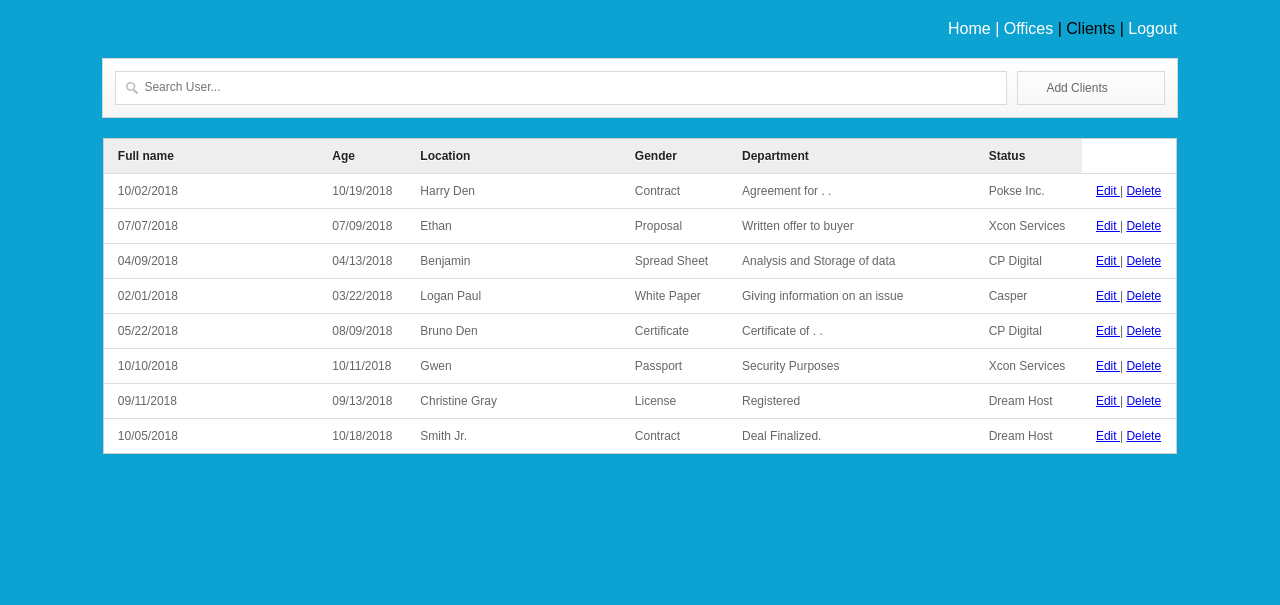
Repository: MrSyntax31/recordmanagement
Page: http://localhost/main/clients.php
An editor plug-in stored every save of this project. The page is shown before and after the next save, followed by the edit.
The browser window is 1280 px wide. The pictures show the whole page.
The page is run by PHP 8.4 with error messages shown; the project is at /var/www/html/. The database holds what the project's SQL file puts in it.

Above is the page before, as saved 2022-03-03 14:42:30.

### main/clients.php
<style>
body {
	background: #0ca3d2;
}
table { border-collapse: separate; background-color: #FFFFFF; border-spacing: 0; width: 85%; color: #666666; text-shadow: 0 1px 0 #FFFFFF; border: 1px solid #CCCCCC; box-shadow: 0; margin: 0 auto;font-family: arial; }
table thead tr th { background: none repeat scroll 0 0 #EEEEEE; color: #222222; padding: 10px 14px; text-align: left; border-top: 0 none; font-size: 12px; }
table tbody tr td{
    background-color: #FFFFFF;
	font-size: 12px;
    text-align: left;
	padding: 10px 14px;
	border-top: 1px solid #DDDDDD;
}
#log {
	width: 85%;
	text-align: right;
	margin: 20px auto;
	font-family: arial;
}
#log a {
	color: #FFFFFF;
	text-decoration: none;
	font-family: arial;
}
#formdesign {
	background: linear-gradient(to bottom, #FFFFFF 0%, #F6F6F6 100%) repeat scroll 0 0 rgba(0, 0, 0, 0);
    border: 1px solid #D5D5D5;
    padding: 12px;
    position: relative;
	margin: 20px auto;
	width: 83%;
	clear: both;
	height: 34px;
}
#filter {
	-moz-box-sizing: border-box;
    background: url("img/big_search.png") no-repeat scroll 10px 10px #FFFFFF;
    box-shadow: none;
    display: block;
    font-size: 12px;
    height: 34px;
    padding: 9px 140px 9px 28px;display: block;
    font-size: 12px;
    height: 34px;
    padding: 9px 140px 9px 28px;
    width: 85%;
	border: 1px solid #DADADA;
    transition: border 0.2s linear 0s, box-shadow 0.2s linear 0s;
	padding-top: 6px;
	float: left;
}
#add {
	float: right;
	width: 8.5%;
	display: block;
    font-size: 12px;
    height: 14px;
    padding: 9px 28px 9px 28px;
	border: 1px solid #DADADA;
}
a#add {
	text-decoration: none;
	color: #666666;
	font-family: arial;
	font-size: 12px;
}

</style>
<script src="argiepolicarpio.js" type="text/javascript" charset="utf-8"></script>
<script src="js/application.js" type="text/javascript" charset="utf-8"></script>
<!--sa poip up-->
<link href="src/facebox.css" media="screen" rel="stylesheet" type="text/css" />
   <script src="lib/jquery.js" type="text/javascript"></script>
  <script src="src/facebox.js" type="text/javascript"></script>
  <script type="text/javascript">
    jQuery(document).ready(function($) {
      $('a[rel*=facebox]').facebox({
        loadingImage : 'src/loading.gif',
        closeImage   : 'src/closelabel.png'
      })
    })
  </script>
<div id="log"> <a href="index.php">Home | <a href="offices.php">Offices</a> | Clients |  <a href="../index.php">Logout</a>
</div>
<div id="formdesign">
<input type="text" name="filter" value="" id="filter" placeholder="Search User..." autocomplete="off" />
<a rel="facebox" href="add.php" id="add">Add Clients</a>
</div>
<table cellspacing="0" cellpadding="2" id="resultTable">
<thead>
	<tr>
		<th width="20%"> Full name</th>
		<th width="7%"> Age</th>
		<th width="20%"> Location </th>
		<th width="10%"> Gender </th>
		<th width="23%"> Department </th>
		<th width="10%">  Status </th>
	</tr>
</thead>
<tbody>
	<?php
		include('connect.php');
		$result = $db->prepare("SELECT * FROM transaction ORDER BY id DESC");
		$result->execute();
		for($i=0; $row = $result->fetch(); $i++){
	?>
	<tr class="record">
		<td><?php echo $row['date']; ?></td>
		<td><?php echo $row['dateout']; ?></td>
		<td><?php echo $row['receive_by']; ?></td>
		<td><?php echo $row['doc_type']; ?></td>
		<td><?php echo $row['description']; ?></td>
		<td><?php echo $row['office']; ?></td>
		<td><a rel="facebox" href="editform.php?id=<?php echo $row['id']; ?>"> Edit </a> | <a href="#" id="<?php echo $row['id']; ?>" class="delbutton" title="Click To Delete">Delete</a></td>
	</tr>
	<?php
		}
	?>
</tbody>
</table>
<script src="js/jquery.js"></script>
  <script type="text/javascript">
$(function() {


$(".delbutton").click(function(){

//Save the link in a variable called element
var element = $(this);

//Find the id of the link that was clicked
var del_id = element.attr("id");

//Built a url to send
var info = 'id=' + del_id;
 if(confirm("Sure you want to delete this update? There is NO undo!"))
		  {

 $.ajax({
   type: "GET",
   url: "delete.php",
   data: info,
   success: function(){

   }
 });
         $(this).parents(".record").animate({ backgroundColor: "#fbc7c7" }, "fast")
		.animate({ opacity: "hide" }, "slow");

 }

return false;

});

});
</script>

### main/connect.php
<?php
/* Database config */
$db_host		= 'localhost';
$db_user		= 'root';
$db_pass		= '';
$db_database	= 'record';

/* End config */

$db = new PDO('mysql:host='.$db_host.';dbname='.$db_database, $db_user, $db_pass);
$db->setAttribute(PDO::ATTR_ERRMODE, PDO::ERRMODE_EXCEPTION);

?>

### main/js/application.js
$(document).ready(function() {
	zebraRows('tr:odd td', 'odd');

	$('tbody tr').hover(function(){
	  $(this).find('td').addClass('hovered');
	}, function(){
	  $(this).find('td').removeClass('hovered');
	});

	//default each row to visible
	$('tbody tr').addClass('visible');

	//overrides CSS display:none property
	//so only users w/ JS will see the
	//filter box
	$('#search').show();

	$('#filter').keyup(function(event) {
		//if esc is pressed or nothing is entered
    if (event.keyCode == 27 || $(this).val() == '') {
			//if esc is pressed we want to clear the value of search box
			$(this).val('');

			//we want each row to be visible because if nothing
			//is entered then all rows are matched.
      $('tbody tr').removeClass('visible').show().addClass('visible');
    }

		//if there is text, lets filter
		else {
      filter('tbody tr', $(this).val());
    }

		//reapply zebra rows
		$('.visible td').removeClass('odd');
		zebraRows('.visible:even td', 'odd');
	});

	//grab all header rows
	$('thead th').each(function(column) {
		$(this).addClass('sortable')
					.click(function(){
						var findSortKey = function($cell) {
							return $cell.find('.sort-key').text().toUpperCase() + ' ' + $cell.text().toUpperCase();
						};

						var sortDirection = $(this).is('.sorted-asc') ? -1 : 1;

						//step back up the tree and get the rows with data
						//for sorting
						var $rows		= $(this).parent()
																.parent()
																.parent()
																.find('tbody tr')
																.get();

						//loop through all the rows and find
						$.each($rows, function(index, row) {
							row.sortKey = findSortKey($(row).children('td').eq(column));
						});

						//compare and sort the rows alphabetically
						$rows.sort(function(a, b) {
							if (a.sortKey < b.sortKey) return -sortDirection;
							if (a.sortKey > b.sortKey) return sortDirection;
							return 0;
						});

						//add the rows in the correct order to the bottom of the table
						$.each($rows, function(index, row) {
							$('tbody').append(row);
							row.sortKey = null;
						});

						//identify the column sort order
						$('th').removeClass('sorted-asc sorted-desc');
						var $sortHead = $('th').filter(':nth-child(' + (column + 1) + ')');
						sortDirection == 1 ? $sortHead.addClass('sorted-asc') : $sortHead.addClass('sorted-desc');

						//identify the column to be sorted by
						$('td').removeClass('sorted')
									.filter(':nth-child(' + (column + 1) + ')')
									.addClass('sorted');

						$('.visible td').removeClass('odd');
						zebraRows('.visible:even td', 'odd');
					});
	});
});


//used to apply alternating row styles
function zebraRows(selector, className)
{
	$(selector).removeClass(className)
							.addClass(className);
}

//filter results based on query
function filter(selector, query) {
	query	=	$.trim(query); //trim white space
  query = query.replace(/ /gi, '|'); //add OR for regex

  $(selector).each(function() {
    ($(this).text().search(new RegExp(query, "i")) < 0) ? $(this).hide().removeClass('visible') : $(this).show().addClass('visible');
  });
}

### main/src/facebox.css
#facebox {
  position: absolute;
  top: 0;
  left: 0;
  z-index: 100;
  text-align: left;
}


#facebox .popup{
  position:relative;
  border:3px solid rgba(0,0,0,0);
  -webkit-border-radius:5px;
  -moz-border-radius:5px;
  border-radius:5px;
  -webkit-box-shadow:0 0 18px rgba(0,0,0,0.4);
  -moz-box-shadow:0 0 18px rgba(0,0,0,0.4);
  box-shadow:0 0 18px rgba(0,0,0,0.4);
}

#facebox .content {
  display:table;
  width: 280px;
  padding: 10px;
  background: #fff;
  -webkit-border-radius:4px;
  -moz-border-radius:4px;
  border-radius:4px;
}

#facebox .content > p:first-child{
  margin-top:0;
}
#facebox .content > p:last-child{
  margin-bottom:0;
}

#facebox .close{
  position:absolute;
  top:5px;
  right:5px;
  padding:2px;
  background:#fff;
}
#facebox .close img{
  opacity:0.3;
}
#facebox .close:hover img{
  opacity:1.0;
}

#facebox .loading {
  text-align: center;
}

#facebox .image {
  text-align: center;
}

#facebox img {
  border: 0;
  margin: 0;
}

#facebox_overlay {
  position: fixed;
  top: 0px;
  left: 0px;
  height:100%;
  width:100%;
}

.facebox_hide {
  z-index:-100;
}

.facebox_overlayBG {
  background-color: #000;
  z-index: 99;
}

.hoverbox
{
	cursor: default;
	list-style: none;
}

.hoverbox a
{
	cursor:pointer;
}


.hoverbox img
{
	background: #fff;
	border-color: #aaa #ccc #ddd #bbb;
	border-style: solid;
	border-width: 1px;
	color: inherit;
	padding: 2px;
	vertical-align: top;
	width: 115px;
	height: 70px;
	margin-bottom:5px;
}

### main/src/facebox.js
/*
 * Facebox (for jQuery)
 * version: 1.2 (05/05/2008)
 * @requires jQuery v1.2 or later
 *
 * Examples at http://famspam.com/facebox/
 *
 * Licensed under the MIT:
 *   http://www.opensource.org/licenses/mit-license.php
 *
 * Copyright 2007, 2008 Chris Wanstrath [ chris@ozmm.org ]
 *
 * Usage:
 *
 *  jQuery(document).ready(function() {
 *    jQuery('a[rel*=facebox]').facebox()
 *  })
 *
 *  <a href="#terms" rel="facebox">Terms</a>
 *    Loads the #terms div in the box
 *
 *  <a href="terms.html" rel="facebox">Terms</a>
 *    Loads the terms.html page in the box
 *
 *  <a href="terms.png" rel="facebox">Terms</a>
 *    Loads the terms.png image in the box
 *
 *
 *  You can also use it programmatically:
 *
 *    jQuery.facebox('some html')
 *    jQuery.facebox('some html', 'my-groovy-style')
 *
 *  The above will open a facebox with "some html" as the content.
 *
 *    jQuery.facebox(function($) {
 *      $.get('blah.html', function(data) { $.facebox(data) })
 *    })
 *
 *  The above will show a loading screen before the passed function is called,
 *  allowing for a better ajaxy experience.
 *
 *  The facebox function can also display an ajax page, an image, or the contents of a div:
 *
 *    jQuery.facebox({ ajax: 'remote.html' })
 *    jQuery.facebox({ ajax: 'remote.html' }, 'my-groovy-style')
 *    jQuery.facebox({ image: 'stairs.jpg' })
 *    jQuery.facebox({ image: 'stairs.jpg' }, 'my-groovy-style')
 *    jQuery.facebox({ div: '#box' })
 *    jQuery.facebox({ div: '#box' }, 'my-groovy-style')
 *
 *  Want to close the facebox?  Trigger the 'close.facebox' document event:
 *
 *    jQuery(document).trigger('close.facebox')
 *
 *  Facebox also has a bunch of other hooks:
 *
 *    loading.facebox
 *    beforeReveal.facebox
 *    reveal.facebox (aliased as 'afterReveal.facebox')
 *    init.facebox
 *    afterClose.facebox
 *
 *  Simply bind a function to any of these hooks:
 *
 *   $(document).bind('reveal.facebox', function() { ...stuff to do after the facebox and contents are revealed... })
 *
 */
(function($) {
  $.facebox = function(data, klass) {
    $.facebox.loading()

    if (data.ajax) fillFaceboxFromAjax(data.ajax, klass)
    else if (data.image) fillFaceboxFromImage(data.image, klass)
    else if (data.div) fillFaceboxFromHref(data.div, klass)
    else if ($.isFunction(data)) data.call($)
    else $.facebox.reveal(data, klass)
  }

  /*
   * Public, $.facebox methods
   */

  $.extend($.facebox, {
    settings: {
      opacity      : 0.2,
      overlay      : false,
      loadingImage : '/facebox/loading.gif',
      closeImage   : '/facebox/closelabel.png',
      imageTypes   : [ 'png', 'jpg', 'jpeg', 'gif' ],
      faceboxHtml  : '\
    <div id="facebox" style="display:none;"> \
      <div class="popup"> \
        <div class="content"> \
        </div> \
        <a href="#" class="close"><img src="/facebox/closelabel.png" title="close" class="close_image" /></a> \
      </div> \
    </div>'
    },

    loading: function() {
      init()
      if ($('#facebox .loading').length == 1) return true
      showOverlay()

      $('#facebox .content').empty()
      $('#facebox .body').children().hide().end().
        append('<div class="loading"><img src="'+$.facebox.settings.loadingImage+'"/></div>')

      $('#facebox').css({
        top:	getPageScroll()[1] + (getPageHeight() / 10),
        left:	$(window).width() / 2 - 205
      }).show()

      $(document).bind('keydown.facebox', function(e) {
        if (e.keyCode == 27) $.facebox.close()
        return true
      })
      $(document).trigger('loading.facebox')
    },

    reveal: function(data, klass) {
      $(document).trigger('beforeReveal.facebox')
      if (klass) $('#facebox .content').addClass(klass)
      $('#facebox .content').append(data)
      $('#facebox .loading').remove()
      $('#facebox .body').children().fadeIn('normal')
      $('#facebox').css('left', $(window).width() / 2 - ($('#facebox .popup').width() / 2))
      $(document).trigger('reveal.facebox').trigger('afterReveal.facebox')
    },

    close: function() {
      $(document).trigger('close.facebox')
      return false
    }
  })

  /*
   * Public, $.fn methods
   */

  $.fn.facebox = function(settings) {
    if ($(this).length == 0) return

    init(settings)

    function clickHandler() {
      $.facebox.loading(true)

      // support for rel="facebox.inline_popup" syntax, to add a class
      // also supports deprecated "facebox[.inline_popup]" syntax
      var klass = this.rel.match(/facebox\[?\.(\w+)\]?/)
      if (klass) klass = klass[1]

      fillFaceboxFromHref(this.href, klass)
      return false
    }

    return this.bind('click.facebox', clickHandler)
  }

  /*
   * Private methods
   */

  // called one time to setup facebox on this page
  function init(settings) {
    if ($.facebox.settings.inited) return true
    else $.facebox.settings.inited = true

    $(document).trigger('init.facebox')
    makeCompatible()

    var imageTypes = $.facebox.settings.imageTypes.join('|')
    $.facebox.settings.imageTypesRegexp = new RegExp('\.(' + imageTypes + ')$', 'i')

    if (settings) $.extend($.facebox.settings, settings)
    $('body').append($.facebox.settings.faceboxHtml)

    var preload = [ new Image(), new Image() ]
    preload[0].src = $.facebox.settings.closeImage
    preload[1].src = $.facebox.settings.loadingImage

    $('#facebox').find('.b:first, .bl').each(function() {
      preload.push(new Image())
      preload.slice(-1).src = $(this).css('background-image').replace(/url\((.+)\)/, '$1')
    })

    $('#facebox .close').click($.facebox.close)
    $('#facebox .close_image').attr('src', $.facebox.settings.closeImage)
  }

  // getPageScroll() by quirksmode.com
  function getPageScroll() {
    var xScroll, yScroll;
    if (self.pageYOffset) {
      yScroll = self.pageYOffset;
      xScroll = self.pageXOffset;
    } else if (document.documentElement && document.documentElement.scrollTop) {	 // Explorer 6 Strict
      yScroll = document.documentElement.scrollTop;
      xScroll = document.documentElement.scrollLeft;
    } else if (document.body) {// all other Explorers
      yScroll = document.body.scrollTop;
      xScroll = document.body.scrollLeft;
    }
    return new Array(xScroll,yScroll)
  }

  // Adapted from getPageSize() by quirksmode.com
  function getPageHeight() {
    var windowHeight
    if (self.innerHeight) {	// all except Explorer
      windowHeight = self.innerHeight;
    } else if (document.documentElement && document.documentElement.clientHeight) { // Explorer 6 Strict Mode
      windowHeight = document.documentElement.clientHeight;
    } else if (document.body) { // other Explorers
      windowHeight = document.body.clientHeight;
    }
    return windowHeight
  }

  // Backwards compatibility
  function makeCompatible() {
    var $s = $.facebox.settings

    $s.loadingImage = $s.loading_image || $s.loadingImage
    $s.closeImage = $s.close_image || $s.closeImage
    $s.imageTypes = $s.image_types || $s.imageTypes
    $s.faceboxHtml = $s.facebox_html || $s.faceboxHtml
  }

  // Figures out what you want to display and displays it
  // formats are:
  //     div: #id
  //   image: blah.extension
  //    ajax: anything else
  function fillFaceboxFromHref(href, klass) {
    // div
    if (href.match(/#/)) {
      var url    = window.location.href.split('#')[0]
      var target = href.replace(url,'')
      if (target == '#') return
      $.facebox.reveal($(target).html(), klass)

    // image
    } else if (href.match($.facebox.settings.imageTypesRegexp)) {
      fillFaceboxFromImage(href, klass)
    // ajax
    } else {
      fillFaceboxFromAjax(href, klass)
    }
  }

  function fillFaceboxFromImage(href, klass) {
    var image = new Image()
    image.onload = function() {
      $.facebox.reveal('<div class="image"><img src="' + image.src + '" /></div>', klass)
    }
    image.src = href
  }

  function fillFaceboxFromAjax(href, klass) {
    $.get(href, function(data) { $.facebox.reveal(data, klass) })
  }

  function skipOverlay() {
    return $.facebox.settings.overlay == false || $.facebox.settings.opacity === null
  }

  function showOverlay() {
    if (skipOverlay()) return

    if ($('#facebox_overlay').length == 0)
      $("body").append('<div id="facebox_overlay" class="facebox_hide"></div>')

    $('#facebox_overlay').hide().addClass("facebox_overlayBG")
      .css('opacity', $.facebox.settings.opacity)
      .click(function() { $(document).trigger('close.facebox') })
      .fadeIn(200)
    return false
  }

  function hideOverlay() {
    if (skipOverlay()) return

    $('#facebox_overlay').fadeOut(200, function(){
      $("#facebox_overlay").removeClass("facebox_overlayBG")
      $("#facebox_overlay").addClass("facebox_hide")
      $("#facebox_overlay").remove()
    })

    return false
  }

  /*
   * Bindings
   */

  $(document).bind('close.facebox', function() {
    $(document).unbind('keydown.facebox')
    $('#facebox').fadeOut(function() {
      $('#facebox .content').removeClass().addClass('content')
      $('#facebox .loading').remove()
      $(document).trigger('afterClose.facebox')
    })
    hideOverlay()
  })

})(jQuery);

### main/DATABASE/record.sql (the tables this page reads)
CREATE TABLE IF NOT EXISTS `transaction` (
`id` int(11) NOT NULL,
  `date` varchar(100) NOT NULL,
  `doc_type` varchar(100) NOT NULL,
  `description` varchar(1000) NOT NULL,
  `office` varchar(100) NOT NULL,
  `status` varchar(100) NOT NULL,
  `dateout` varchar(100) NOT NULL,
  `receive_by` varchar(100) NOT NULL,
  `ft` varchar(100) NOT NULL
) ENGINE=InnoDB AUTO_INCREMENT=9 DEFAULT CHARSET=latin1;

INSERT INTO `transaction` (`id`, `date`, `doc_type`, `description`, `office`, `status`, `dateout`, `receive_by`, `ft`) VALUES
(1, '10/05/2018', 'Contract', 'Deal Finalized. ', 'Dream Host', 'Completed', '10/18/2018', 'Smith Jr.', 'Paul Rudd'),
(2, '09/11/2018', 'License', 'Registered', 'Dream Host', 'Completed', '09/13/2018', 'Christine Gray', 'Stephen Strange'),
(3, '10/10/2018', 'Passport', 'Security Purposes', 'Xcon Services', 'Authentication Failed', '10/11/2018', 'Gwen', 'John Doe'),
(4, '05/22/2018', 'Certificate', 'Certificate of . .', 'CP Digital', 'Completed', '08/09/2018', 'Bruno Den', 'James William'),
(5, '02/01/2018', 'White Paper', 'Giving information on an issue', 'Casper', 'Needs to View', '03/22/2018', 'Logan Paul', 'Elijah'),
(6, '04/09/2018', 'Spread Sheet', 'Analysis and Storage of data', 'CP Digital', 'Delivered', '04/13/2018', 'Benjamin', 'James William'),
(7, '07/07/2018', 'Proposal', 'Written offer to buyer', 'Xcon Services', 'Declined', '07/09/2018', 'Ethan', 'John Doe'),
(8, '10/02/2018', 'Contract', 'Agreement for . .', 'Pokse Inc.', 'Needs to Sign', '10/19/2018', 'Harry Den', 'Ryan Carter');

ALTER TABLE `transaction`
 ADD PRIMARY KEY (`id`);

ALTER TABLE `transaction`
MODIFY `id` int(11) NOT NULL AUTO_INCREMENT,AUTO_INCREMENT=9;

Loaded but not shown: main/argiepolicarpio.js (library); main/lib/jquery.js (library); main/js/jquery.js (library)

After the next save:
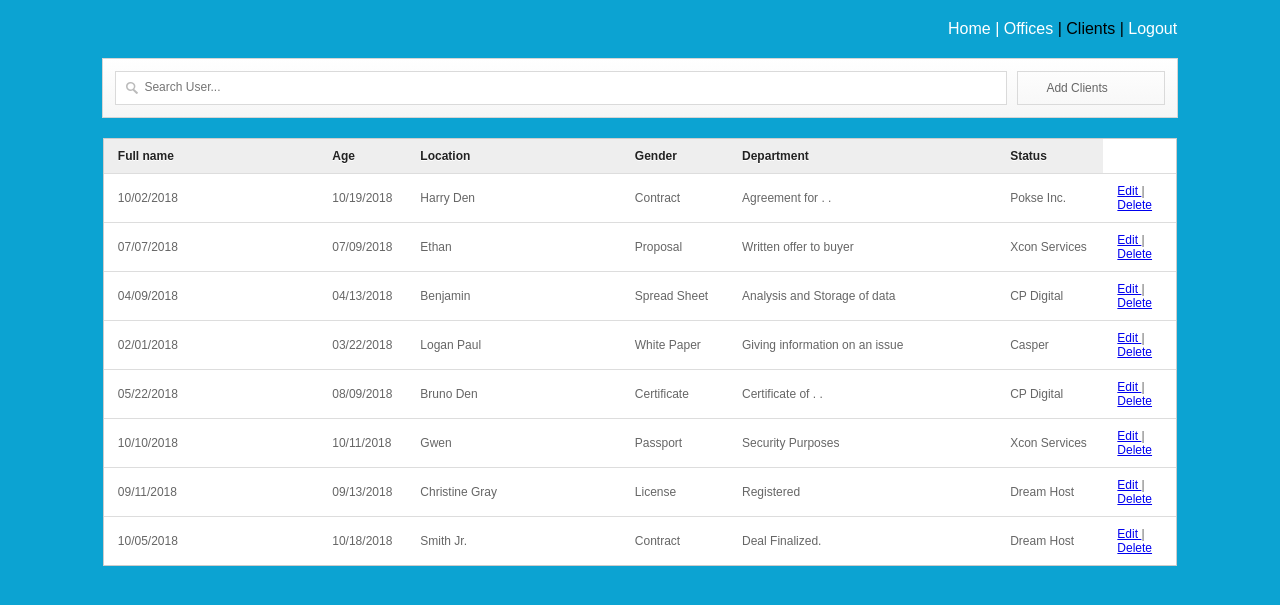
Saved 4 s later.
--- a/main/clients.php
+++ b/main/clients.php
@@ -93,7 +93,7 @@ a#add {
 		<th width="7%"> Age</th>
 		<th width="20%"> Location </th>
 		<th width="10%"> Gender </th>
-		<th width="23%"> Department </th>
+		<th width="25%"> Department </th>
 		<th width="10%">  Status </th>
 	</tr>
 </thead>
